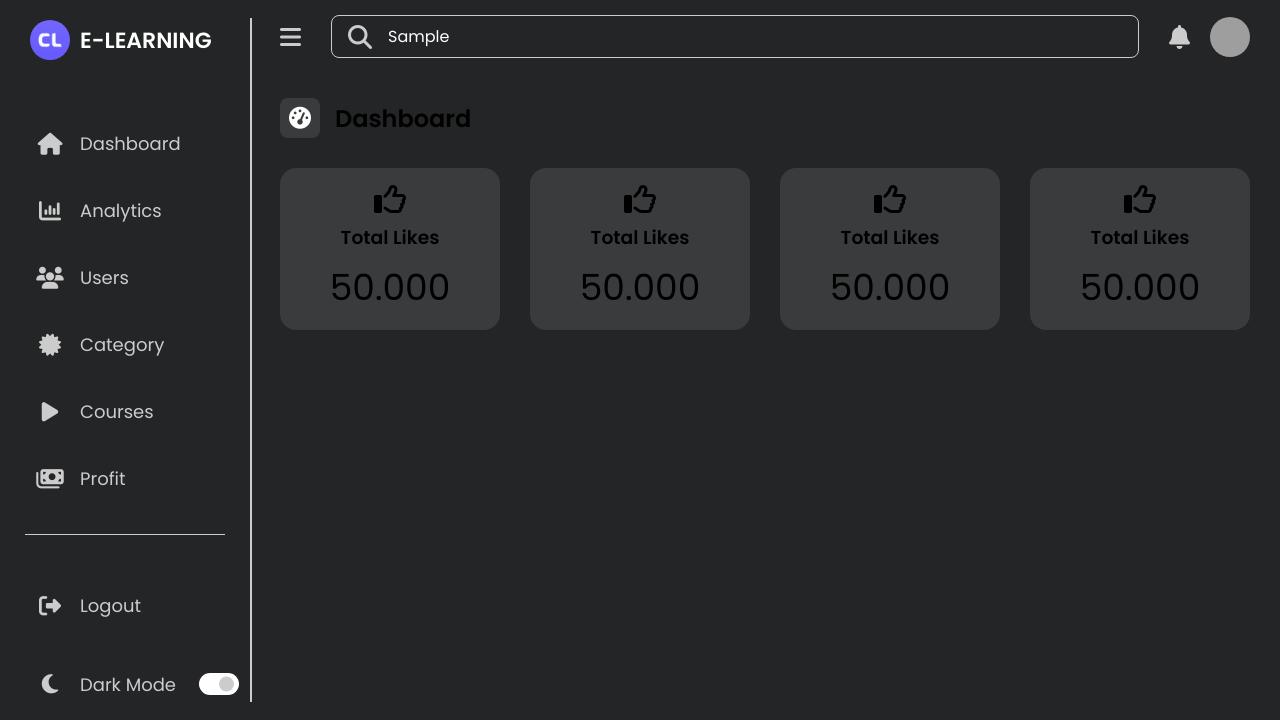
Repository: phamngocthang/practice-html-css
Page: Admin/dist/index.html
These files come from the project's save history. The page is drawn as it stood at one moment and after the next save; the edit follows.
The browser window is 1280 px wide. The pictures show the whole page.
Empty fields were first filled with sample values (such as "Sample", 5 or name@example.com).
After loading, the first visible `div.menu__toggle` was clicked once.
Pictures or frames that could not be fetched are drawn as grey boxes. The style sheet was rebuilt from its Sass, Less or Tailwind sources for each picture, by a compiler version that may differ from the author's.

Above is the page before, as saved 2023-10-25 02:31:19.

After the next save:
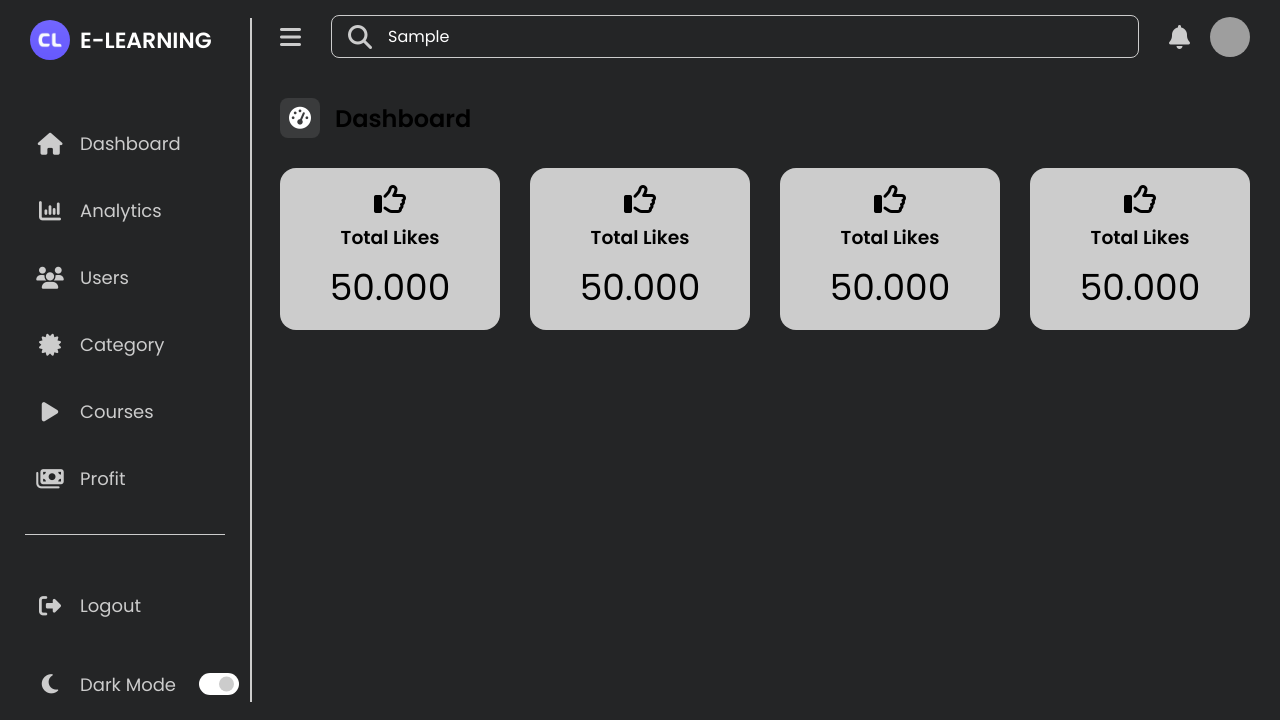
Saved 49 s later.
--- a/Admin/scss/main.scss
+++ b/Admin/scss/main.scss
@@ -28,7 +28,7 @@ body.dark {
     --black-light-color: #CCC;
     --border-color: #4D4C4C;
     --toggle-color: #FFF;
-    --box1-color: #3A3B3C;
+    --box1-color: #CCC;
     --box2-color: #3A3B3C;
     --box3-color: #3A3B3C;
     --title-icon-color: #CCC;
